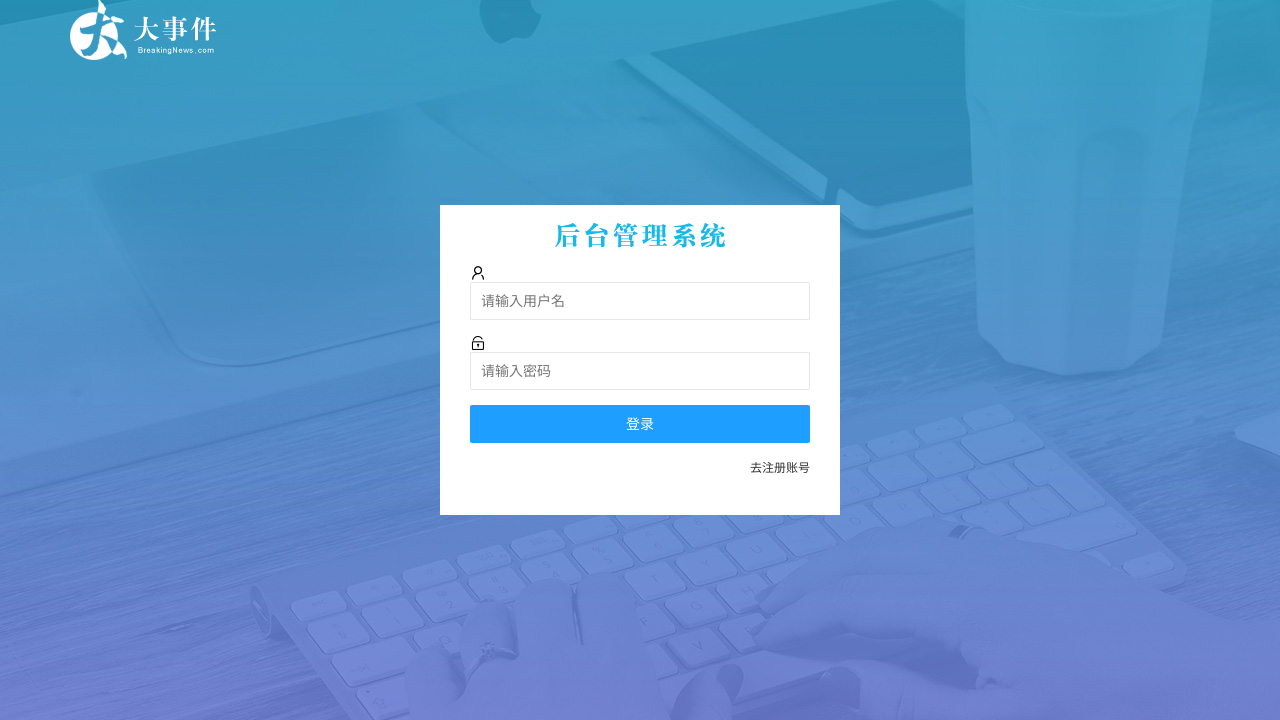
Repository: keyboying1/web_bigevent
Page: login.html
These files come from the project's save history. The page is drawn as it stood at one moment and after the next save; the edit follows.
The browser window is 1280 px wide. The pictures show the whole page.

Above is the page before, as saved 2022-11-18 15:46:45.

### login.html
<!DOCTYPE html>
<html lang="en">
<head>
    <meta charset="UTF-8">
    <meta http-equiv="X-UA-Compatible" content="IE=edge">
    <meta name="viewport" content="width=device-width, initial-scale=1.0">
    <title>大事件-注册/登录</title>
    <!-- 导入layui样式 -->
    <link rel="stylesheet" href="/assets/lib/layui/css/layui.css">
    <link rel="stylesheet" href="/assets/css/login.css">
</head>
<body>
    <!-- 头部logo区域 -->
    <div class="layui-main">
        <img src="/assets/images/logo.png" alt="" />
    </div>

    <!-- 登录注册区域 -->
    <div class="loginAndRegBox">
        <div class="title-box" ></div>
        <!-- 登录div -->
        <div class="login-box">
            <!-- 登陆的表单  -->
            <form class="layui-form" action="">
                <!-- 用户名 -->
                <div class="layui-form-item">
                    <i class="layui-icon layui-icon-username"></i>
                    <input type="text" name="username" required  lay-verify="required" placeholder="请输入用户名" autocomplete="off" class="layui-input">
                </div>

                <!-- 密码 -->
                <div class="layui-form-item">
                    <i class="layui-icon layui-icon-password"></i>
                    <input type="password" name="password" required  lay-verify="required" placeholder="请输入密码" autocomplete="off" class="layui-input">
                </div>
                <!-- 按钮 -->
                <div class="layui-form-item ">
                    <button class="layui-btn layui-btn-fluid layui-btn-normal" lay-submit >登录</button>

                </div>
                <div class="layui-form-item links">
                    <a href="javascript:;" id="link_reg">去注册账号</a>
                </div>
            </form>


        </div>
        <!-- 注册div -->
        <div class="reg-box">
            <a href="javascript:;" id="link_login">去登录</a>
        </div>
    </div>
    <!-- 导入jQuery -->
    <script src="/assets/lib/jquery.js"></script>
    <!-- 导入自己的js -->
    <script src="/assets/js/login.js"></script>
</body>
</html>

### assets/css/login.css
html,
body{
    margin:0;
    padding:0;
    height: 100%;
    width: 100%;
    background:url('/assets/images/login_bg.jpg')
    no-repeat center;
    background-size: cover;
}

.loginAndRegBox{
   width: 400px;
   height:310px;
   background-color: #fff;
   position: absolute;
   left: 50%;
   top: 50%;
   transform: translate(-50%,-50%);
}

.title-box{
    height: 60px;
    background: url("/assets/images/login_title.png")
    no-repeat center;
}
.reg-box{
    display: none;
}

.layui-form{
    padding:0 30px;
}

.links{
    display:flex;
    justify-content: flex-end;
}
.links a{
    font-size: 12px;
}

### assets/js/login.js
$(function(){
    //点击去注册账号链接
    $('#link_reg').on('click',function(){
        $('.login-box').hide()
        $('.reg-box').show()
    })

    //点击去登录的链接
    $('#link_login').on('click',function(){
        $('.login-box').show()
        $('.reg-box').hide()
    })
})

Loaded but not shown: assets/lib/layui/css/layui.css (library); assets/lib/jquery.js (library)

After the next save:
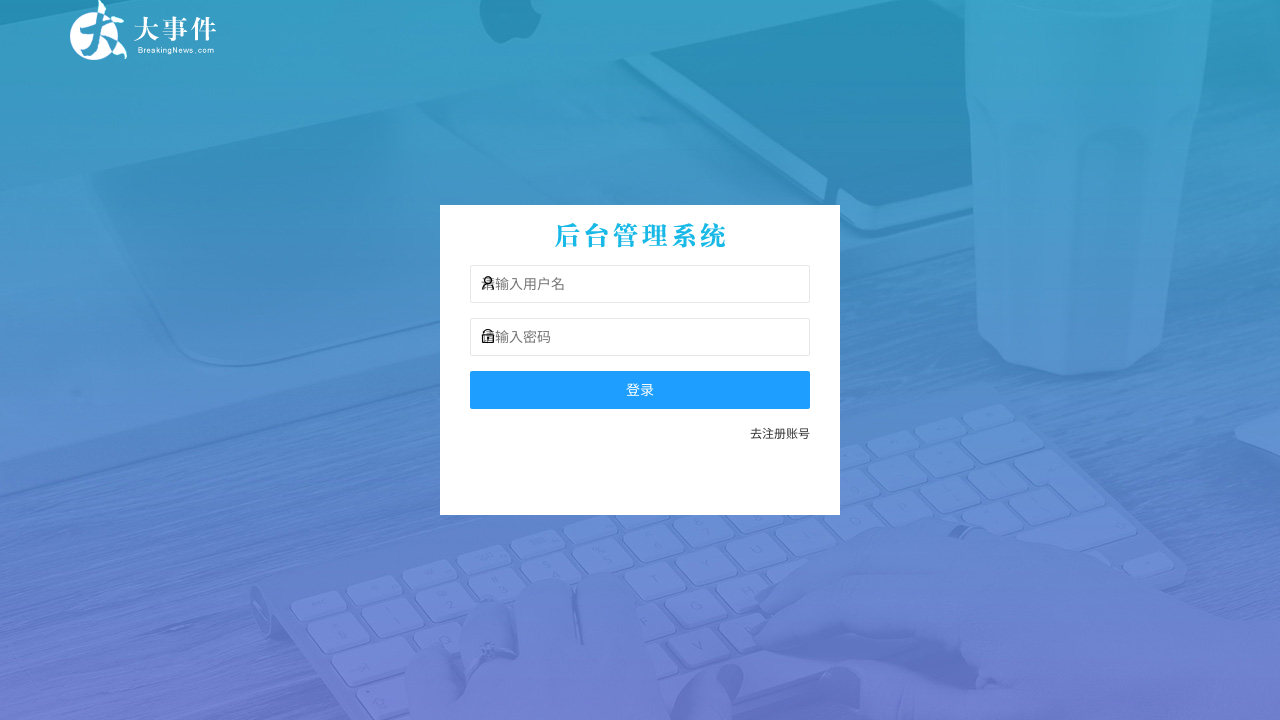
Saved 2 min 51 s later.
--- a/assets/css/login.css
+++ b/assets/css/login.css
@@ -39,3 +39,11 @@ body{
 .links a{
     font-size: 12px;
 }
+.layui-form-item{
+    position: relative;
+}
+.layui-icon{
+    position: absolute;
+    left:10px;
+    top: 10px;
+}
